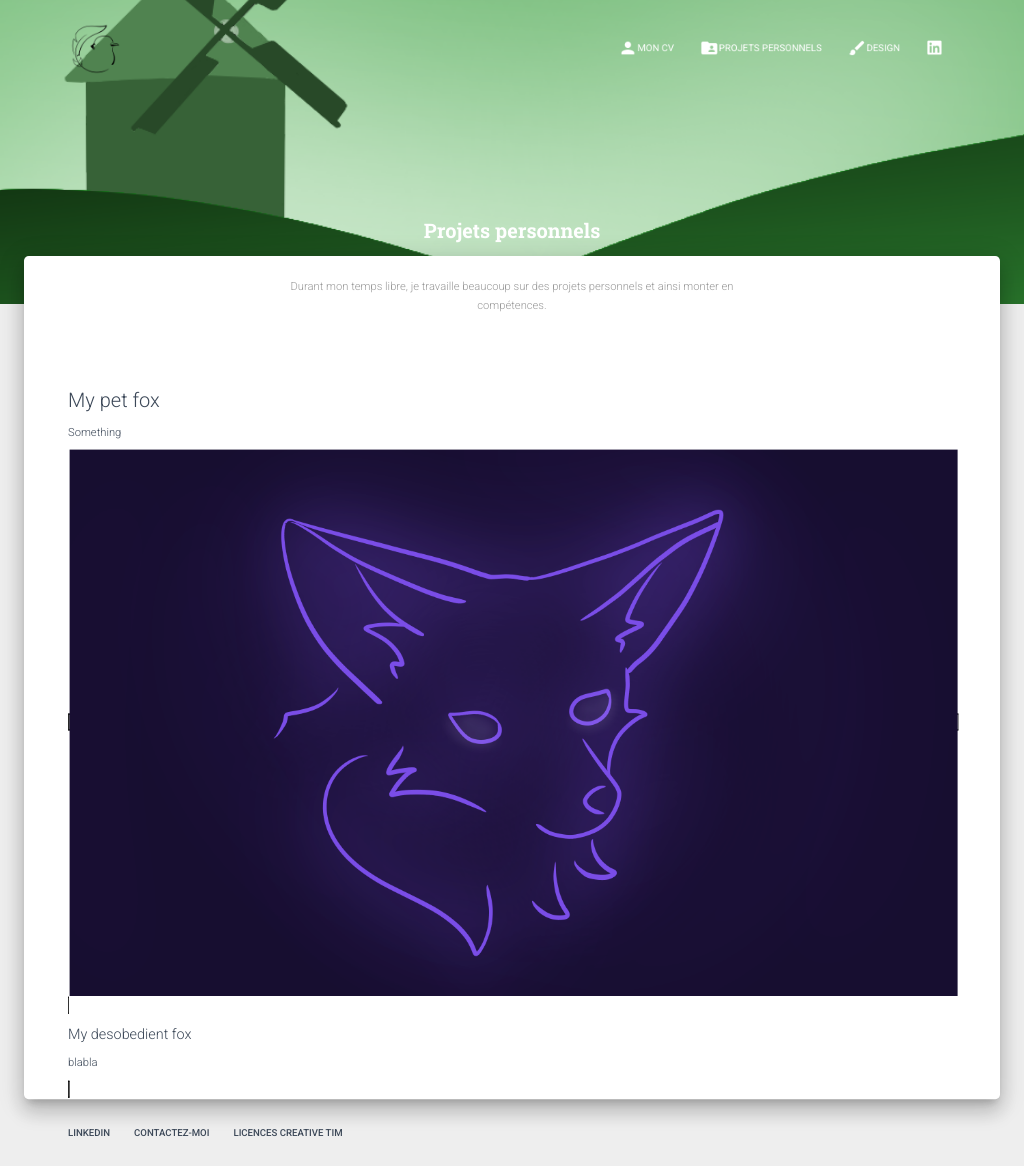
Repository: sdeschaepmeester/NewPortfolio
Page: /#/projects
These files come from the project's save history. The page is drawn as it stood at one moment and after the next save; the edit follows.
The browser window is 1280 px wide. The pictures show the whole page, at 80% of full size.
Some web libraries are served in a nearby version. The project was rebuilt for these pictures with package versions that can differ from the ones it lists, and the page was loaded fresh each time. Also part of the build but not shown: vue.config.js, src/views/components/APropos.vue, src/views/components/NavigationSection.vue, src/views/components/SmallNavigationSection.vue, src/components/Dropdown.vue, src/components/Pagination.vue, src/components/Slider.vue, src/components/Badge.vue and 15 more.

Above is the page before, as saved 2022-07-11 18:24:54.

After the next save:
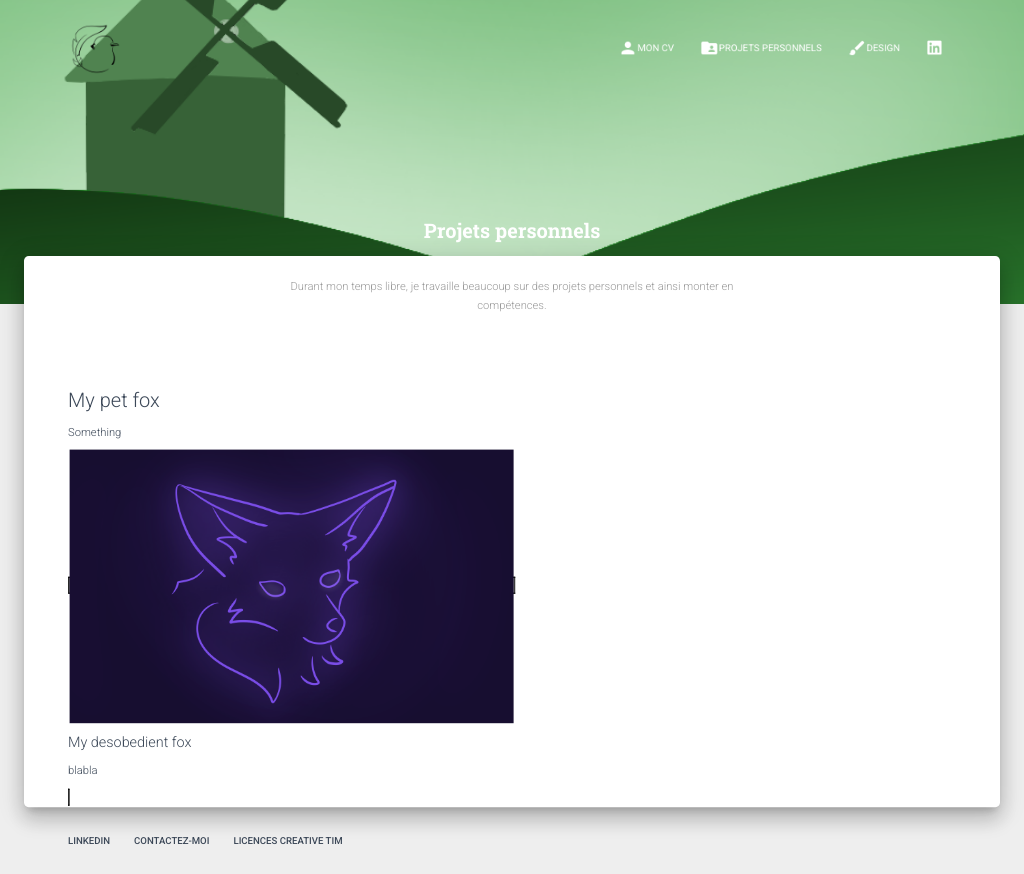
Saved 19 s later.
--- a/src/views/Projects.vue
+++ b/src/views/Projects.vue
@@ -29,7 +29,7 @@
           <b-container style="border: solid black 1px">
             <b-row >
               <b-col style="border: solid black 1px">
-                <img src="@/assets/img/drawing/neon-fox.png" />
+                <img src="@/assets/img/drawing/neon-fox.png" style="width: 50%" />
               </b-col>
               <b-col style="border: solid black 1px">
                 <h4>My desobedient fox</h4>
